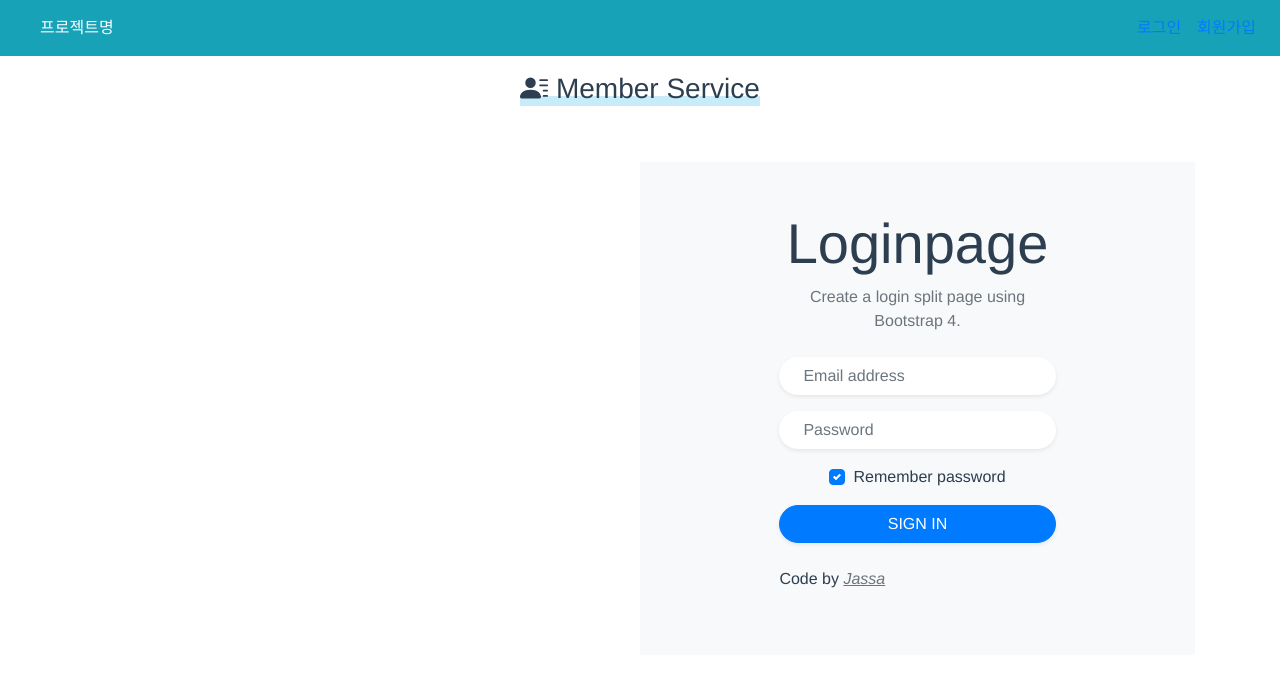
Repository: cheery72/Project_Real_estate
Page: /user/singin (app in frontend/)
These files come from the project's save history. The page is drawn as it stood at one moment and after the next save; the edit follows.
The browser window is 1280 px wide. The pictures show the whole page.
The project was rebuilt for these pictures with package versions that can differ from the ones it lists, and the page was loaded fresh each time. Also part of the build but not shown: frontend/vue.config.js, frontend/src/components/user/child/MemberJoinForm.vue, frontend/src/components/user/MemberJoin.vue, frontend/src/components/user/child/MemberInfoForm.vue, frontend/src/components/user/MemberMyPage.vue, frontend/src/components/user/BookMarkListRow.vue, frontend/src/components/user/MemberMyBookmark.vue. Imported but missing from the stored project, and not drawn on this page: frontend/src/views/Home.vue.

Above is the page before, as saved 2021-11-25 10:53:23.

### frontend/src/main.js
import Vue from "vue";
import App from "./App.vue";
import router from "./router";
import store from "./store";
import { BootstrapVue, IconsPlugin } from "bootstrap-vue";
import memberStore from "@/store/modules/memberStore";
import "bootstrap/dist/css/bootstrap.css";
import "bootstrap-vue/dist/bootstrap-vue.css";

// Make BootstrapVue available throughout your project
Vue.use(BootstrapVue);
// Optionally install the BootstrapVue icon components plugin
Vue.use(IconsPlugin);

Vue.config.productionTip = false;

new Vue({
  router,
  store,
  async beforeCreate() {
    let token = sessionStorage.getItem("access-token");
    if (memberStore.state.userInfo == null && token) {
      await memberStore.dispatch("getUserInfo", token);
    }
  },

  render: (h) => h(App),
}).$mount("#app");

### frontend/src/App.vue
<template>
  <div id="app">
    <nav-bar />
    <router-view />
  </div>
</template>

<script>
import NavBar from "@/components/layout/NavBar.vue"

export default {
  components:{
    NavBar,
  }
}

</script>

<style>
#app {
  font-family: Avenir, Helvetica, Arial, sans-serif;
  -webkit-font-smoothing: antialiased;
  -moz-osx-font-smoothing: grayscale;
  text-align: center;
  color: #2c3e50;
}

#nav {
  padding: 30px;
}

#nav a {
  font-weight: bold;
  color: #2c3e50;
}

#nav a.router-link-exact-active {
  color: #42b983;
}
</style>

### frontend/src/router/index.js
import Vue from "vue";
import VueRouter from "vue-router";
import Home from "../views/Home.vue";

import Member from "@/views/Member.vue";
import MemberJoin from "@/components/user/MemberJoin.vue";
import MemberLogin from "@/components/user/MemberLogin.vue";

import MemberMyPage from "@/components/user/MemberMyPage.vue";
import MemberMyBookmark from "@/components/user/MemberMyBookmark.vue";
import store from "@/store/index.js";

// https://router.vuejs.org/kr/guide/advanced/navigation-guards.html
const onlyAuthUser = async (to, from, next) => {
  //어디로 갈건지, 이전, 다음페이지
  // console.log(store);
  const checkUserInfo = store.getters["memberStore/checkUserInfo"]; //checkUserInfo의 리턴값을 가져와라
  const getUserInfo = store._actions["memberStore/getUserInfo"]; //getUserInfo의 리턴값을 가져와라
  let token = sessionStorage.getItem("access-token");
  if (checkUserInfo == null && token) {
    await getUserInfo(token); //서버에 가서 정상적인 토큰인지 검사해라 .. 여기서 정상적인사람이면 서버가 UserInfo를 준다.
  }
  if (checkUserInfo === null) {
    //서버에 갔다왔는데도 null이면...
    alert("로그인이 필요한 페이지입니다..");
    // next({ name: "SignIn" });
    router.push({ name: "SignIn" });
  } else {
    //정상적인 사람이니까 다음페이지로 갈수 있도록 적용(밑에 beforeEnter붙은 것들)
    console.log("로그인 했다.");
    next();
  }
};


Vue.use(VueRouter);

const routes = [
  {
    path: "/",
    name: "Home",
    component: Home,
  },
  {
    path: "/user",
    name: "Member",
    component: Member,
    children: [
      {
        path: "singin",
        name: "SignIn",
        component: MemberLogin,
      },
      {
        path: "singup",
        name: "SignUp",
        component: MemberJoin,
      },
      {
        path: "mybookmark",
        name: "MyBookmark",
        component: MemberMyBookmark,
      },
      {
        path: "mypage",
        name: "MyPage",
        beforeEnter: onlyAuthUser,
        component: MemberMyPage,
      },
    ],
  },
];

const router = new VueRouter({
  mode: "history",
  base: process.env.BASE_URL,
  routes,
});

export default router;

### frontend/src/store/index.js
import Vue from "vue";
import Vuex from "vuex";
import http from "@/js/http-common.js";
import createPersistedState from "vuex-persistedstate";
import memberStore from "@/store/modules/memberStore.js";

Vue.use(Vuex);

export default new Vuex.Store({
  state: {
    sidos: [{ value: null, text: "선택하세요" }],
    guguns: [{ value: null, text: "선택하세요" }],
    dongs: [{ value: null, text: "선택하세요" }],
    apts: [],
    apt: null,
    positions: [],
    cctvs: [],
    dongName: null,
    subways: [],
    schools: [],
    // bookmark: null,
    // bookmarks: [],
  },
  mutations: {
    // 시도 리스트
    SET_SIDO_LIST(state, sidos) {
      sidos.forEach((sido) => {
        state.sidos.push({ value: sido.sidoCode, text: sido.sidoName });
      });
    },
    CLEAR_SIDO_LIST(state) {
      state.guguns = [{ value: null, text: "선택하세요" }];
    },
    // 구군 리스트
    SET_GUGUN_LIST(state, guguns) {
      guguns.forEach((gugun) => {
        state.guguns.push({ value: gugun.gugunCode, text: gugun.gugunName });
      });
    },
    CLEAR_GUGUN_LIST(state) {
      state.guguns = [{ value: null, text: "선택하세요" }];
    },
    // 동 리스트
    SET_DONG_LIST(state, dongs) {
      dongs.forEach((dong) => {
        state.dongs.push({
          value: [dong.dongCode, dong.dongName],
          text: dong.dongName,
        });
      });
    },
    CLEAR_DONG_LIST(state) {
      state.dongs = [{ value: null, text: "선택하세요" }];
    },
    // 해당 구,동 아파트 리스트
    SET_APT_LIST(state, apts) {
      state.apts = apts;
      state.dongName = apts[0].dongName;
    },
    CLEAR_APT_LIST(state) {
      state.positions = [];
    },
    // 아파트 선택시 세부사항
    SET_DETAIL_APT(state, apt) {
      state.apt = apt;
    },
    // cctv 정보
    SET_CCTV_LIST(state, cctv) {
      state.cctvs = cctv;
    },
    // 지하철 정보
    SET_SUBWAY_LIST(state, subway) {
      state.subways = subway;
    },
    // 학교 정보
    SET_SCHOOL_LIST(state, school) {
      state.schools = school;
    },
    // SET_DETAIL_BOOKMARK(state, apt) {
    //   state.bookmark = apt;

    // }
  },
  actions: {
    // 셀렉트바 시도 가져오기
    getSido({ commit }) {
      http
        .get(`/apt/sido`)
        .then((response) => {
          commit("SET_SIDO_LIST", response.data);
        })
        .catch((error) => {
          console.log(error);
        });
    },
    getGugun({ commit }, sidoCode) {
      const params = { sido: sidoCode };
      http
        .get(`/apt/gugun`, { params })
        .then((response) => {
          commit("SET_GUGUN_LIST", response.data);
        })
        .catch((error) => {
          console.log(error);
        });
    },
    getDong({ commit }, gugunCode) {
      const params = { gugun: gugunCode };
      http
        .get(`/apt/dongname`, { params })
        .then((response) => {
          commit("SET_DONG_LIST", response.data);
        })
        .catch((error) => {
          console.log(error);
        });
    },
    getAptList({ commit }, dongCode) {
      const params = { dong: dongCode };
      http
        .get(`/apt/aptinfo`, { params })
        .then((response) => {
          commit("SET_APT_LIST", response.data);
        })
        .catch((error) => {
          console.log(error);
        });
    },
    getCctvList({ commit }, dongName) {
      const params = { dong: dongName };
      http
        .get(`/cctv/cctvinfo`, { params })
        .then((response) => {
          commit("SET_CCTV_LIST", response.data);
        })
        .catch((error) => {
          console.log(error);
        });
    },
    getSubwayList({ commit }) {
      http
        .get(`/subway/subwayinfo`)
        .then((response) => {
          commit("SET_SUBWAY_LIST", response.data);
        })
        .catch((error) => {
          console.log(error);
        });
    },
    getSchoolList({ commit }, dongName) {
      const params = { dong: dongName };
      http
        .get(`/school/schoolinfo`, { params })
        .then((response) => {
          commit("SET_SCHOOL_LIST", response.data);
        })
        .catch((error) => {
          console.log(error);
        });
    },
    // detailBookmark({ commit }, apt) {
    //   commit("SET_DETAIL_BOOKMARK", apt)

    // }
  },
  modules: { memberStore },
  plugins: [
    createPersistedState({
      // 브라우저 종료시 제거하기 위해 localStorage가 아닌 sessionStorage로 변경. (default: localStorage)
      storage: sessionStorage,
    }),
  ],
});

### frontend/src/store/modules/memberStore.js
import jwt_decode from "jwt-decode";
import { login } from "@/api/member.js";
import { findById } from "@/api/member";
import http from "@/js/http-common.js";


const memberStore = {
  namespaced: true,
  state: {
    isLogin: false,
    isLoginError: false,
    userInfo: null,
    bookmark: [],
    bookmarks: [],
  },
  getters: {
    checkUserInfo: function (state) {
      return state.userInfo;
    },
  },
  mutations: {
    SET_IS_LOGIN: (state, isLogin) => {
      state.isLogin = isLogin;
    },
    SET_IS_LOGIN_ERROR: (state, isLoginError) => {
      state.isLoginError = isLoginError;
    },
    SET_USER_INFO: (state, userInfo) => {
      state.isLogin = true;
      state.userInfo = userInfo;
    },
    SET_BOOKMARK_LIST(state, apt){
      // 배열에 추가
      state.bookmark.push(apt);
    },
    SET_BOOKMARK_INFO(state, mark){
      // state.bookmarks = mark;
      state.bookmarks.push(mark);
    },
    SET_BOOKMARK_LIST_INFO(state, bookmarklist) {
      state.bookmarks = bookmarklist;
    }
  },
  actions: {
    async userConfirm({ commit }, user) {
      await login(
        user,
        (response) => {
          if (response.data.message === "success") {
            let token = response.data["access-token"];
            commit("SET_IS_LOGIN", true);
            commit("SET_IS_LOGIN_ERROR", false);
            sessionStorage.setItem("access-token", token);

          } else {
            commit("SET_IS_LOGIN", false);
            commit("SET_IS_LOGIN_ERROR", true);
          }
        },
        () => {}
      );
    },
    getUserInfo({ commit }, token) {
      let decode_token = jwt_decode(token);
      findById(
        decode_token.userid,
        (response) => {
          if (response.data.message === "success") {
            commit("SET_USER_INFO", response.data.userInfo);
          } else {
            console.log("유저 정보 없음!!");
          }
        },
        (error) => {
          console.log(error);
        }
      );
    },
    getBookmark({ commit }, mark) {//등록

      let decode_token = jwt_decode(sessionStorage.getItem("access-token"));

      const params = { bookmark: mark.aptCode, accesstoken: decode_token.userid };
      console.log("파라미터출력",params);

      http
      .post(`/bookmark/register`, params)
      .then((response) => {
        console.log("response출력");
        console.log(response.data);
        commit("SET_BOOKMARK_INFO", response.data);
      }).catch((error) => {
        console.log("에러출력");
        console.log(error);
      })
    },

    getBookmarkList({ commit }) {

      let decode_token = jwt_decode(sessionStorage.getItem("access-token"));
      const userid= decode_token.userid;

      http.get(`/bookmark/list/${userid}`).then(({ data }) => {

        console.log("북마크조회 결과", data);
        commit("SET_BOOKMARK_LIST_INFO", data.result);
         });

    }
  },
};

export default memberStore;

### frontend/src/components/layout/NavBar.vue
<template>
  <div>
  <b-navbar toggleable="lg" type="dark" variant="info">
    <b-navbar-brand href="#"></b-navbar-brand>

    <b-navbar-toggle target="nav-collapse"></b-navbar-toggle>

    <b-collapse id="nav-collapse" is-nav>
      <b-navbar-nav>
        <b-nav-item href="#"
            ><router-link :to="{ name: 'Home' }" class="link" style="color: white"
            >프로젝트명</router-link
            ></b-nav-item
          >
      </b-navbar-nav>

      <!-- Right aligned nav items -->
      <b-navbar-nav class="ml-auto" v-if="userInfo">
          <b-nav-item class="align-self-center"
            ><b-avatar
              variant="primary"
              v-text="userInfo ? userInfo.userid.charAt(0).toUpperCase() : ''"
            ></b-avatar
            >{{ userInfo.username }}({{ userInfo.userid }})님
            환영합니다.</b-nav-item
          >
          <b-nav-item class="align-self-center"
            ><router-link
              :to="{ name: 'MyPage' }"
              class="link align-self-center" style="color: white"
              >내정보보기</router-link
            ></b-nav-item
          >
           <b-nav-item href="#" class="link align-self-center"
            ><router-link :to="{ name: 'MyBookmark' }" class="link" style="color: white"
              >내관심지역</router-link
            ></b-nav-item
          >
          <b-nav-item
            class="link align-self-center"
            @click.prevent="onClickLogout"
            >로그아웃</b-nav-item
          >
        </b-navbar-nav>

        <!-- Right aligned nav items -->
        <b-navbar-nav class="ml-auto" v-else>
          <b-nav-item href="#"
            ><router-link :to="{ name: 'SignIn' }" class="link"
              >로그인</router-link
            ></b-nav-item
          >

          <b-nav-item href="#"
            ><router-link :to="{ name: 'SignUp' }" class="link"
              >회원가입</router-link
            ></b-nav-item
          >
        </b-navbar-nav>
    </b-collapse>
  </b-navbar>
</div>
</template>

<script>
import { mapState, mapMutations } from "vuex";

const memberStore = "memberStore";

export default {
  name: "NavBar",
  computed: {
    ...mapState(memberStore, ["isLogin", "userInfo"]),
  },
  methods: {
    ...mapMutations(memberStore, ["SET_IS_LOGIN", "SET_USER_INFO"]),
    onClickLogout() {
      this.SET_IS_LOGIN(false);
      this.SET_USER_INFO(null);
      sessionStorage.removeItem("access-token");
      if (this.$route.path != "/") this.$router.push({ name: "Home" });
    },
  },
};
</script>

<style>
a {
  color:azure;
}
</style>

### frontend/src/views/Member.vue
<template>
  <b-container class="bv-example-row mt-3 text-center">
    <h3 class="underline-steelblue">
      <b-icon icon="person-lines-fill"></b-icon> Member Service
    </h3>
    <router-view></router-view>
  </b-container>
</template>

<script>
export default {
  name: "Member",
};
</script>

<style scoped>
.underline-steelblue {
  display: inline-block;
  background: linear-gradient(
    180deg,
    rgba(255, 255, 255, 0) 70%,
    rgba(72, 190, 233, 0.3) 30%
  );
}
</style>

### frontend/src/components/user/MemberLogin.vue
<template>

 <div class="container-fluid">
   <br>
   <br>
    <div class="row no-gutter">
        <!-- The image half -->
        <div class="col-md-6 d-none d-md-flex bg-image"></div>


        <!-- The content half -->
        <div class="col-md-6 bg-light">
            <div class="login d-flex align-items-center py-5">

                <!-- Demo content-->
                <div class="container">
                    <div class="row">
                        <div class="col-lg-10 col-xl-7 mx-auto">
                            <h3 class="display-4">Loginpage</h3>
                            <p class="text-muted mb-4">Create a login split page using Bootstrap 4.</p>
                            <form>
                                <div class="form-group mb-3">
                                    <input id="inputEmail" type="email" placeholder="Email address" required="" autofocus="" class="form-control rounded-pill border-0 shadow-sm px-4">
                                </div>
                                <div class="form-group mb-3">
                                    <input id="inputPassword" type="password" placeholder="Password" required="" class="form-control rounded-pill border-0 shadow-sm px-4 text-primary">
                                </div>
                                <div class="custom-control custom-checkbox mb-3">
                                    <input id="customCheck1" type="checkbox" checked class="custom-control-input">
                                    <label for="customCheck1" class="custom-control-label">Remember password</label>
                                </div>
                                <button type="submit" class="btn btn-primary btn-block text-uppercase mb-2 rounded-pill shadow-sm">Sign in</button>
                                <div class="text-center d-flex justify-content-between mt-4"><p>Code by <a href="#" class="font-italic text-muted">
                                        <u>Jassa</u></a></p></div>
                            </form>
                        </div>
                    </div>
                </div><!-- End -->

            </div>
        </div><!-- End -->

    </div>
</div>
</template>
<style>
.login,
.image {
  min-height: 50vh;
}

.bg-image {
  /* //background-image: url('https://therichpost.com/wp-content/uploads/2021/02/login-split.jpg'); */
  background-image: image('@/assets/apartment.jpg');
  background-size: cover;
  background-position: center center;
}
</style>



<script>
import { mapState, mapActions } from "vuex";

const memberStore = "memberStore";

export default {
  name: "MemberLogin",
  data() {
    return {
      user: {
        userid: null,
        userpwd: null,
      },
    };
  },
  computed: {
    ...mapState(memberStore, ["isLogin", "isLoginError"]),
  },
  methods: {
    ...mapActions(memberStore, ["userConfirm", "getUserInfo"]),
    async confirm() {
      await this.userConfirm(this.user);
      let token = sessionStorage.getItem("access-token");
      if (this.isLogin) {
        await this.getUserInfo(token);
        this.$router.push({ name: "Home" });
      }
    },
    movePage() {
      this.$router.push({ name: "SignUp" });
    },
  },
};
</script>

<style></style>

### frontend/src/api/member.js
import { apiInstance } from "./index.js";

const api = apiInstance();

async function login(user, success, fail) {
    await api
        .post(`/user/login`, JSON.stringify(user))
        .then(success)
        .catch(fail);
}

async function findById(userid, success, fail) {
    api.defaults.headers["access-token"] =
        sessionStorage.getItem("access-token");
    await api.get(`/user/info/${userid}`).then(success).catch(fail);
}
//회원가입
async function joinMember(user, success, fail) {
    await api
        .post(`/user/join`, JSON.stringify(user))
        .then(success)
        .catch(fail);
}

//아이디체크
async function checkId(userid, success, fail) {
    await api.get(`/user/idCheck/${userid}`).then(success).catch(fail);
}

//수정
async function modifyInfo(user, success, fail) {
    api.defaults.headers["access-token"] =
        sessionStorage.getItem("access-token");
    await api
        .put(`/user/${user.userId}`, JSON.stringify(user))
        .then(success)
        .catch(fail);
}

//삭제
async function deleteInfo(user, success, fail) {
    api.defaults.headers["access-token"] =
        sessionStorage.getItem("access-token");
    await api.delete(`/user/${user.userId}`).then(success).catch(fail);
}

export { login, findById, modifyInfo, deleteInfo, joinMember, checkId };

### frontend/src/api/index.js
import axios from "axios";
import { API_BASE_URL } from "@/config";

// axios 객체 생성
function apiInstance() {
    const instance = axios.create({
        baseURL: API_BASE_URL,
        headers: {
            "Content-type": "application/json",
        },
    });
    return instance;
}

export { apiInstance };

### frontend/src/config/index.js
const API_BASE_URL = "http://localhost:8080";
export { API_BASE_URL };

Loaded but not shown: frontend/public/index.html (common file); frontend/src/js/http-common.js (common file)

After the next save:
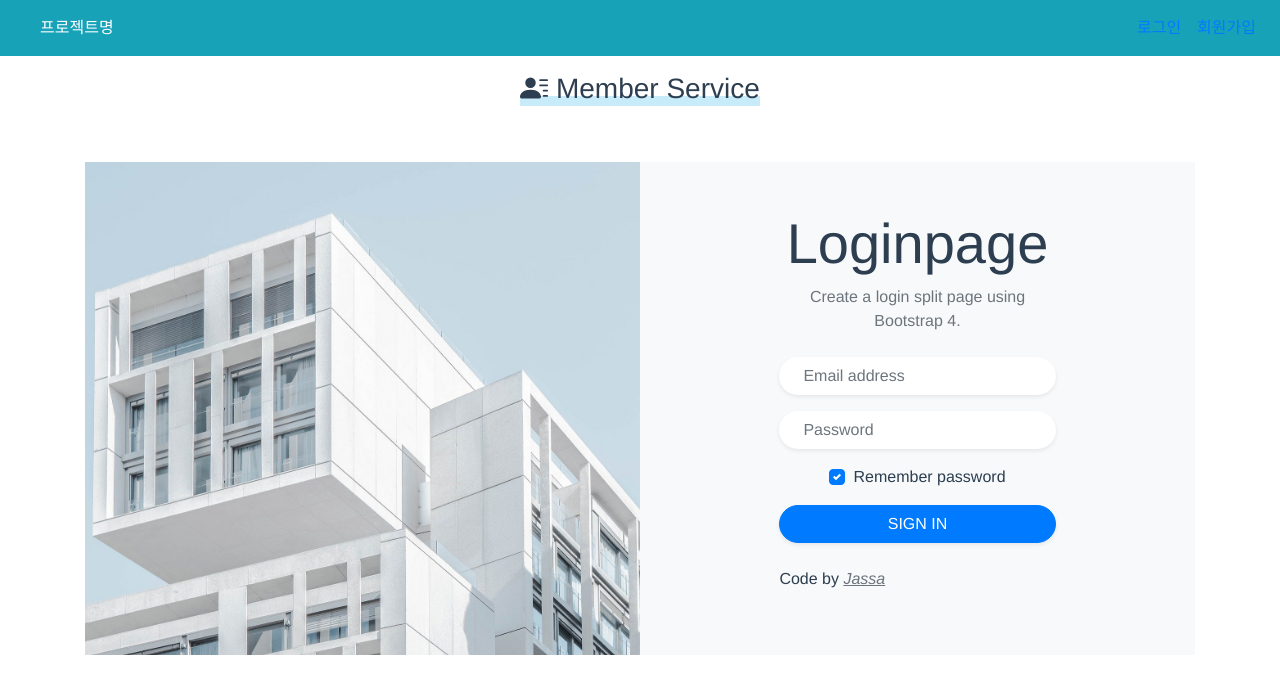
Saved 20 s later.
--- a/frontend/src/components/user/MemberLogin.vue
+++ b/frontend/src/components/user/MemberLogin.vue
@@ -51,7 +51,7 @@
 
 .bg-image {
   /* //background-image: url('https://therichpost.com/wp-content/uploads/2021/02/login-split.jpg'); */
-  background-image: image('@/assets/apartment.jpg');
+  background-image: url('@/assets/apartment.jpg');
   background-size: cover;
   background-position: center center;
 }
